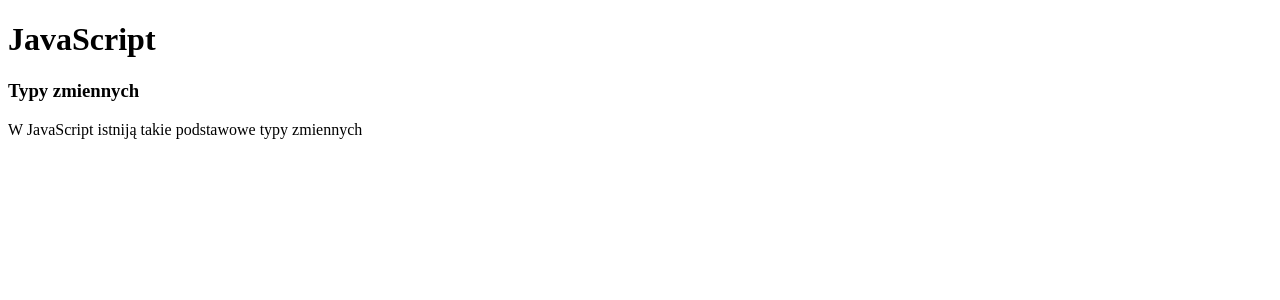
Repository: romanstetsiuk1/JS_learn
Page: noteJavaScript.html
These files come from the project's save history. The page is drawn as it stood at one moment and after the next save; the edit follows.
The browser window is 1280 px wide. The pictures show the whole page.

Above is the page before, as saved 2020-08-12 17:58:25.

### noteJavaScript.html
<!DOCTYPE html>
<html lang="en, pl">
<head>
  <meta charset="UTF-8">
  <title>Java Script</title>
</head>
<body>

  <main>
    <h1>JavaScript</h1>

    <article>
      <h3>Typy zmiennych</h3>
      <p>W JavaScript istniją takie podstawowe typy zmiennych</p>
    </article>

  </main>


</body>
</html>

After the next save:
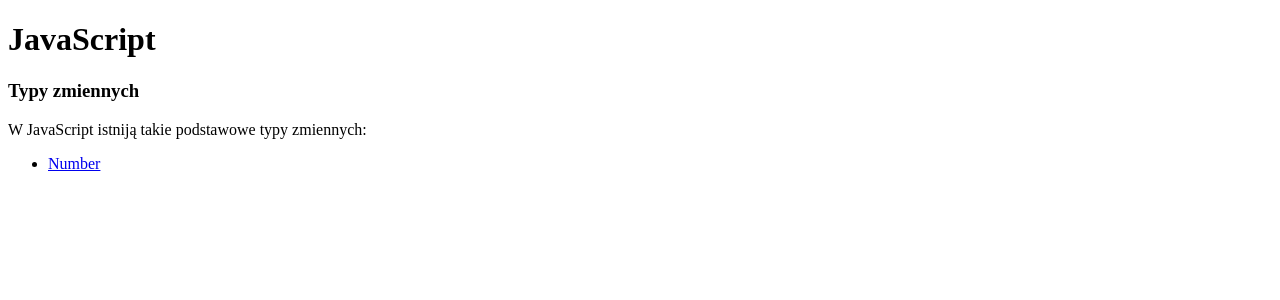
Saved 4 min 55 s later.
--- a/noteJavaScript.html
+++ b/noteJavaScript.html
@@ -11,7 +11,10 @@
 
     <article>
       <h3>Typy zmiennych</h3>
-      <p>W JavaScript istniją takie podstawowe typy zmiennych</p>
+      <p>W JavaScript istniją takie podstawowe typy zmiennych:</p>
+      <ul>
+        <li><a href="number.html">Number</a></li>
+      </ul>
     </article>
 
   </main>
